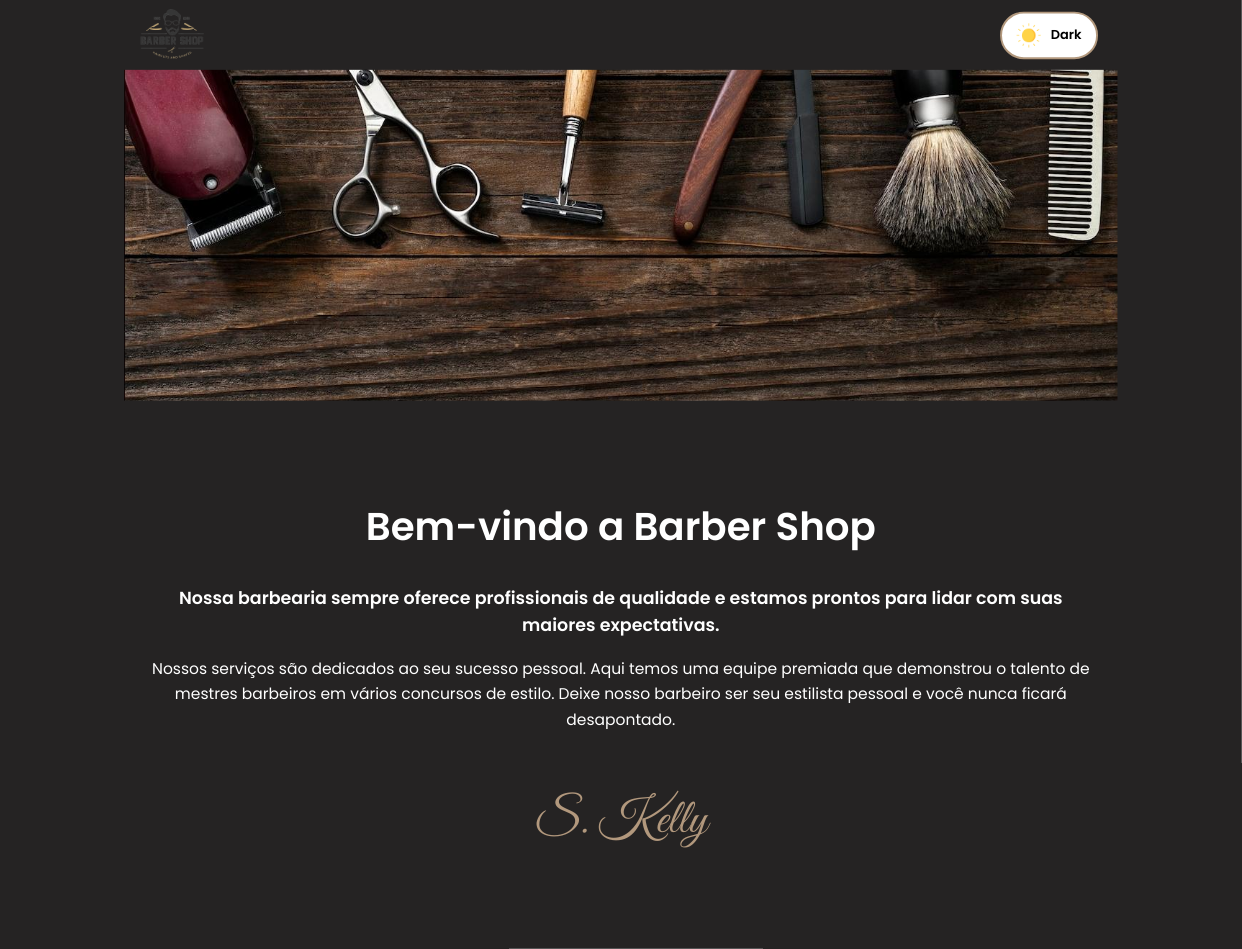
Repository: Daniells642/LandingPage-React
Page: /
These files come from the project's save history. The page is drawn as it stood at one moment and after the next save; the edit follows.
The browser window is 1280 px wide. The pictures show the whole page, at 97% of full size.
The project was rebuilt for these pictures with package versions that can differ from the ones it lists, and the page was loaded fresh each time.

Above is the page before, as saved 2022-11-04 23:21:08.

After the next save:
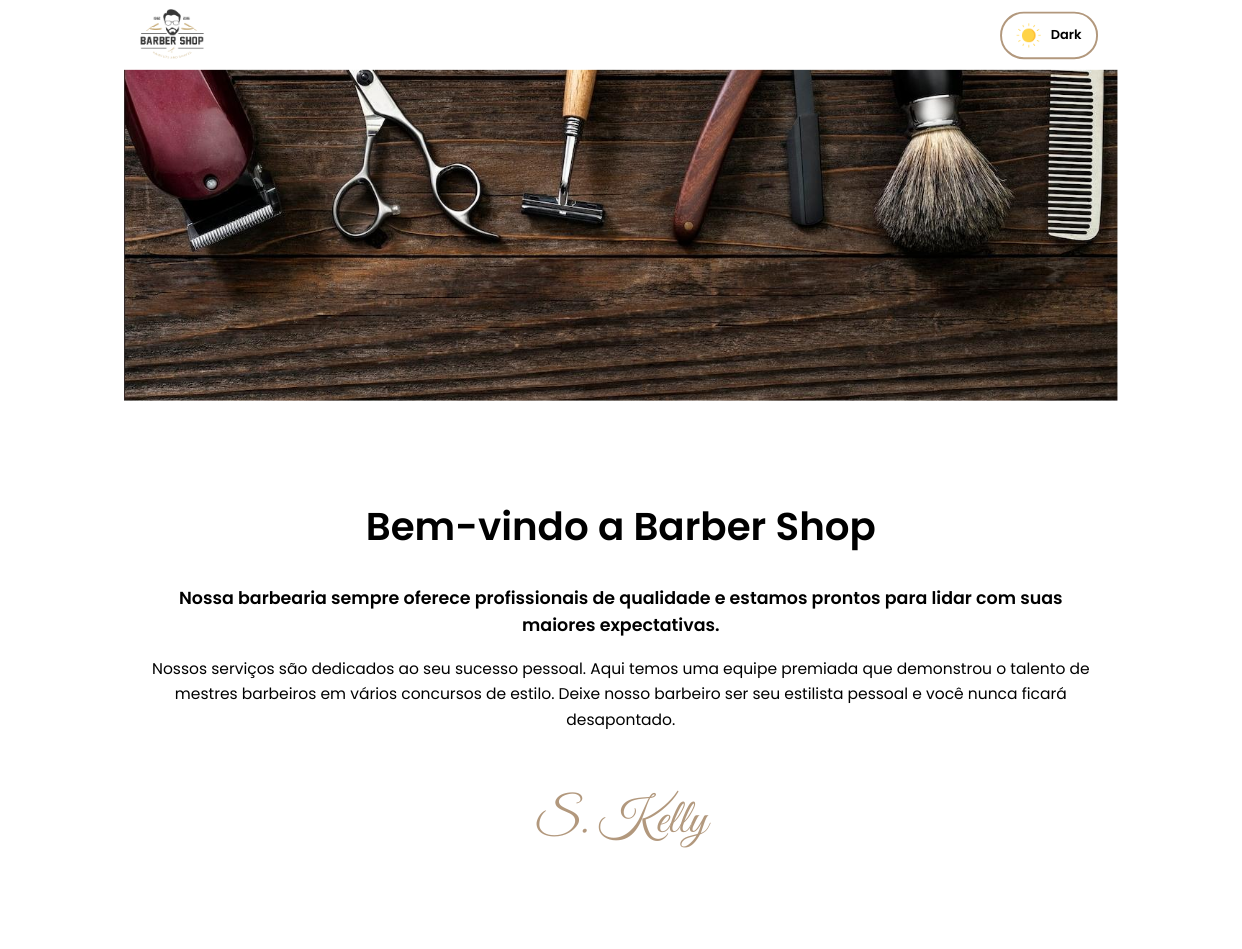
Saved 88 s later.
--- a/src/LandingPage/index.js
+++ b/src/LandingPage/index.js
@@ -15,7 +15,7 @@
 
 
   return (
-    <div className='modo-escuro'>
+    <div className={estiloAtualizado ? lightMode : darkMode}>
 
         <header id="topo" >
           <div className='limitar-secao'>
